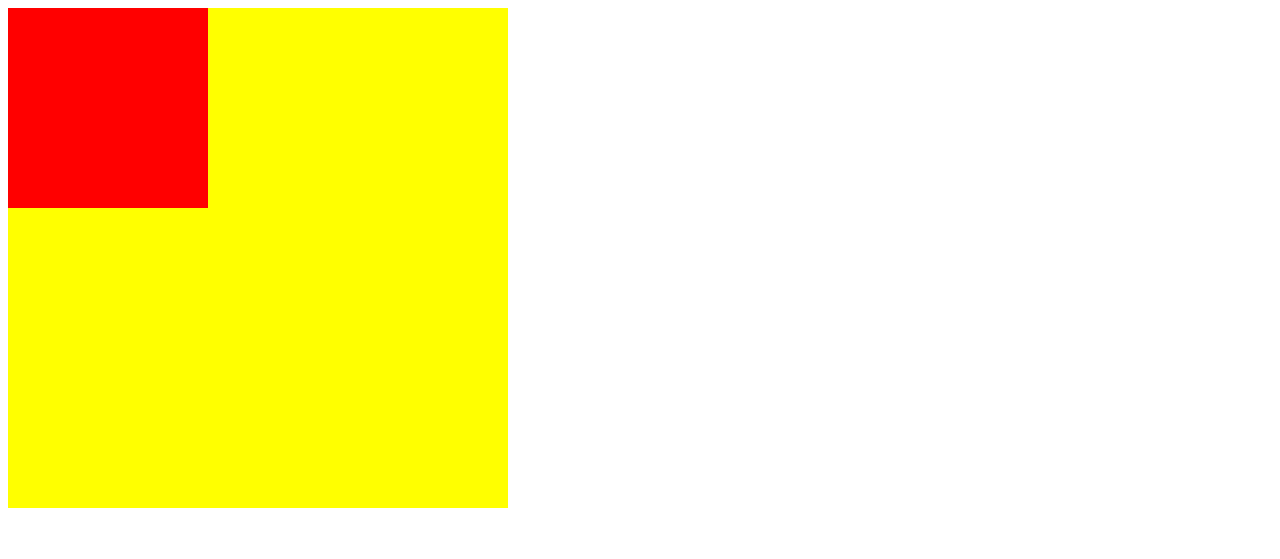
Repository: hminah0215/bitcamp
Page: http://localhost/day0218/exam02/ex04.jsp
These files come from the project's save history. The page is drawn as it stood at one moment and after the next save; the edit follows.
The browser window is 1280 px wide. The pictures show the whole page.
The page is served by Tomcat 9.

Above is the page before, as saved 2020-02-18 01:39:34.

### save_eclipse/day0218/WebContent/exam02/ex04.jsp
<%@ page language="java" contentType="text/html; charset=UTF-8"
    pageEncoding="UTF-8"%>
<!DOCTYPE html>
<html>
<head>
<meta charset="UTF-8">
<title>Insert title here</title>
<style type="text/css">
	#parent{width: 500px; height: 500px; background: yellow; }
	#child{width: 200px; height: 200px; background: red;}
</style>
</head>
<body>
	<div id="parent">
		<div id="child"></div>
	</div>
</body>
</html>

After the next save:
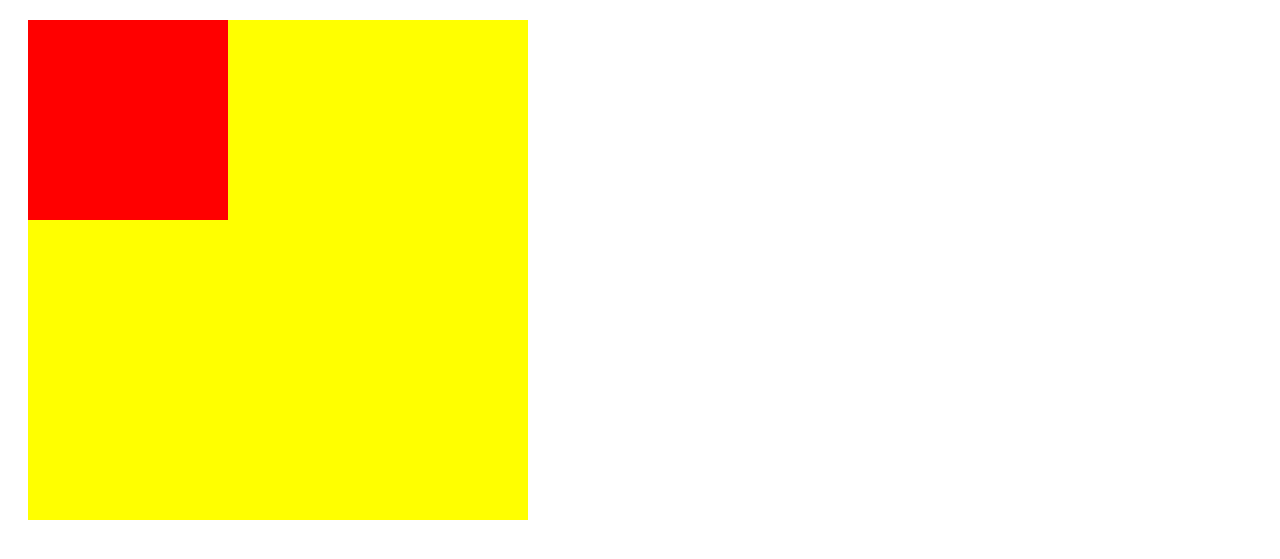
Saved 2 min 29 s later.
--- a/save_eclipse/day0218/WebContent/exam02/ex04.jsp
+++ b/save_eclipse/day0218/WebContent/exam02/ex04.jsp
@@ -6,7 +6,7 @@
 <meta charset="UTF-8">
 <title>Insert title here</title>
 <style type="text/css">
-	#parent{width: 500px; height: 500px; background: yellow; }
+	#parent{width: 500px; height: 500px; background: yellow; margin: 20px;}
 	#child{width: 200px; height: 200px; background: red;}
 </style>
 </head>
